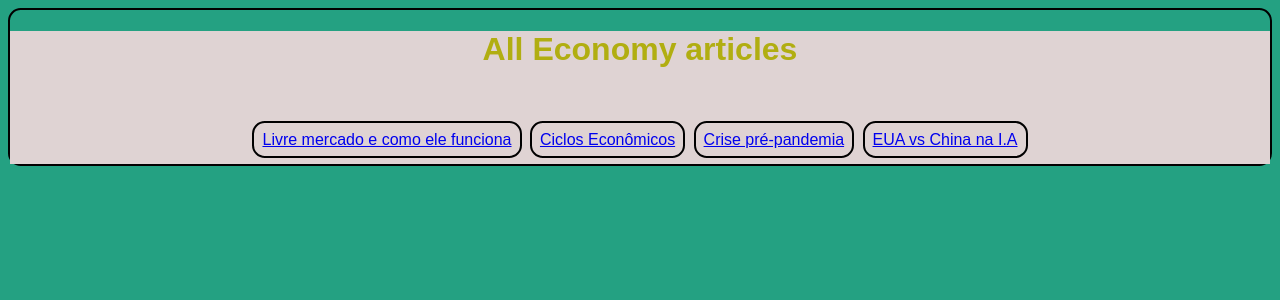
Repository: batmit/FutureFundation.github.io-1
Page: menu/articles/economia/economia.html
These files come from the project's save history. The page is drawn as it stood at one moment and after the next save; the edit follows.
The browser window is 1280 px wide. The pictures show the whole page.

Above is the page before, as saved 2021-11-03 14:45:40.

After the next save:
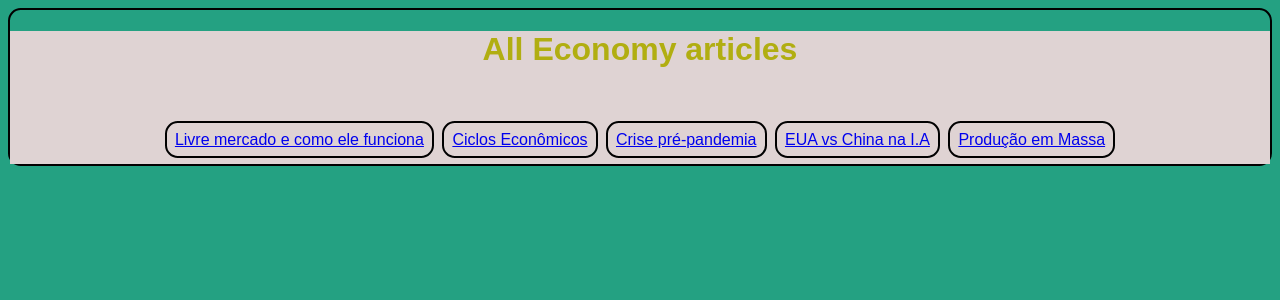
Saved 26 s later.
--- a/menu/articles/economia/economia.html
+++ b/menu/articles/economia/economia.html
@@ -24,6 +24,7 @@
             <a href="./ciclos.html">Ciclos Econômicos</a>
             <a href="./criseprepandemia.html">Crise pré-pandemia</a>
             <a href="./I_a.html">EUA vs China na I.A</a>
+            <a href="./prodção_em_massa.html">Produção em Massa</a>
 
         </div>
 
